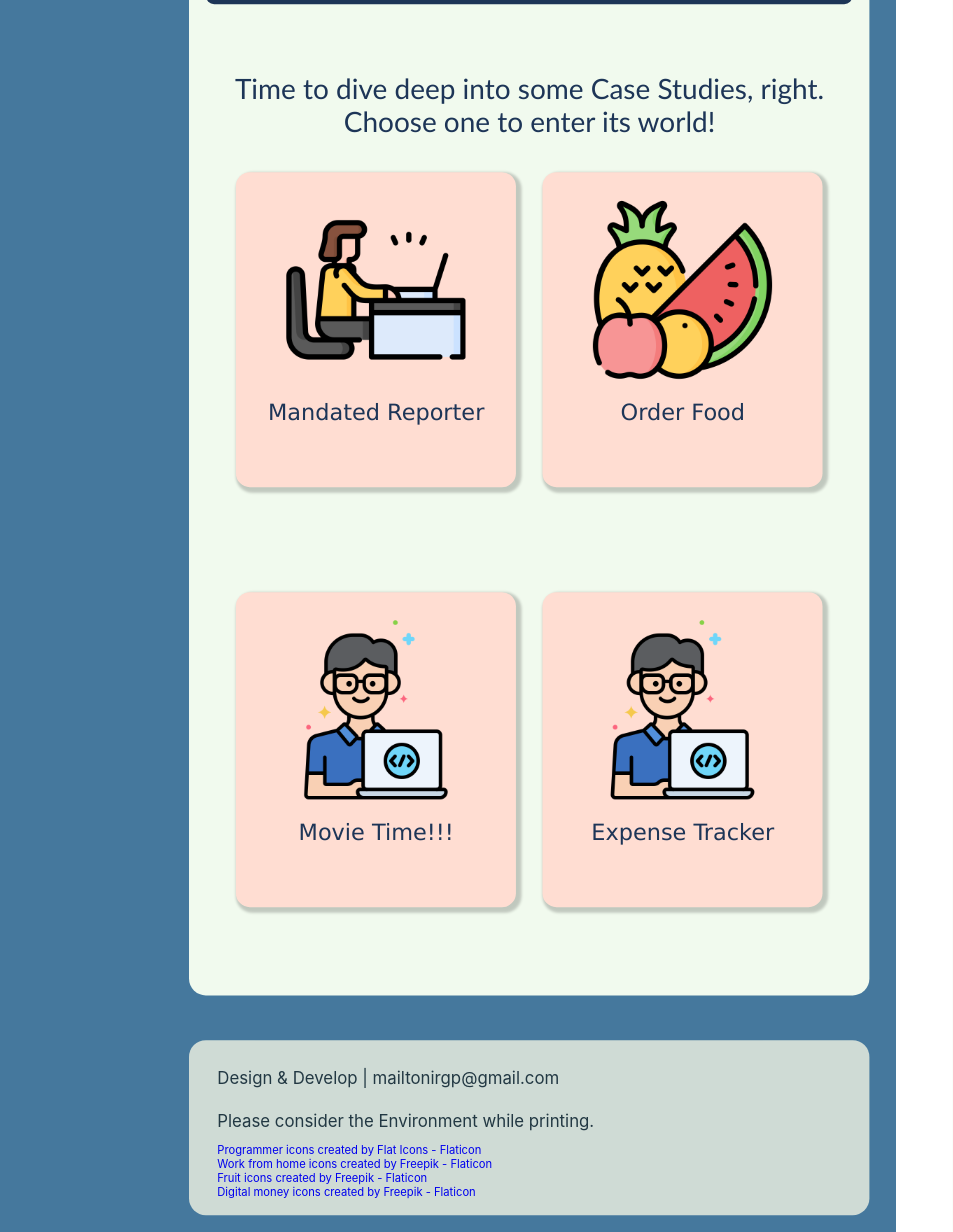
Repository: niranjangp/portfolioReact
Page: /
The author's editor kept a copy of each file at every save. The page is drawn from the files as they stood at one save, then again after the next save.
The browser window is 1280 px wide. The page is 1361 px wide, so the pictures cover 1361 px, including what lies to the right of the window. The pictures show the part of the page from y = 1370 to 3130 px (the page is 3130 px tall), at 70% of full size.
The project was rebuilt for these pictures with package versions that can differ from the ones it lists, and the page was loaded fresh each time. Also part of the build but not shown: src/pages/csOne.jsx, src/pages/csTwo.jsx, src/pages/notFound.jsx.

Above is the page before, as saved 2022-02-01 15:55:07.

### public/index.html
<!DOCTYPE html>
<html lang="en">
  <head>
    <meta charset="utf-8" />
    <!--<link rel="icon" href="%PUBLIC_URL%/favicon.ico" />-->
    <meta name="viewport" content="width=device-width, initial-scale=1" />
    <meta name="theme-color" content="#000000" />
    <meta
      name="description"
      content="Web site created using create-react-app"
    />
    <!--<link rel="apple-touch-icon" href="%PUBLIC_URL%/logo192.png" />-->
    <!--
      manifest.json provides metadata used when your web app is installed on a
      user's mobile device or desktop. See https://developers.google.com/web/fundamentals/web-app-manifest/
    -->
    <link rel="manifest" href="%PUBLIC_URL%/manifest.json" />
    <!--
      Notice the use of %PUBLIC_URL% in the tags above.
      It will be replaced with the URL of the `public` folder during the build.
      Only files inside the `public` folder can be referenced from the HTML.

      Unlike "/favicon.ico" or "favicon.ico", "%PUBLIC_URL%/favicon.ico" will
      work correctly both with client-side routing and a non-root public URL.
      Learn how to configure a non-root public URL by running `npm run build`.
    -->
    <title>Portfolio</title>
  </head>
  <body>
    <noscript>You need to enable JavaScript to run this app.</noscript>
    <div id="root"></div>
    <!--
      This HTML file is a template.
      If you open it directly in the browser, you will see an empty page.

      You can add webfonts, meta tags, or analytics to this file.
      The build step will place the bundled scripts into the <body> tag.

      To begin the development, run `npm start` or `yarn start`.
      To create a production bundle, use `npm run build` or `yarn build`.
    -->
  </body>
</html>

### src/index.css
body {
  margin: 0;
  font-family: -apple-system, BlinkMacSystemFont, 'Segoe UI', 'Roboto', 'Oxygen',
    'Ubuntu', 'Cantarell', 'Fira Sans', 'Droid Sans', 'Helvetica Neue',
    sans-serif;
  -webkit-font-smoothing: antialiased;
  -moz-osx-font-smoothing: grayscale;
  box-sizing: border-box;
}

code {
  font-family: source-code-pro, Menlo, Monaco, Consolas, 'Courier New',
    monospace;
}

p {
  margin: 0;
}

### src/App.js
import './App.css';

import { Route, NavLink, Switch, Redirect } from 'react-router-dom';
import EnterTheDesign from './pages/enterDesign';
import CSOne from './pages/csOne';
import CSTwo from './pages/csTwo';
import CSThree from './pages/csThree';
import NotFound from './pages/notFound';

function App() {
  const flatIconLink = "https://www.flaticon.com/free-icons/programmer";
  const wfhIconLink = "https://www.flaticon.com/free-icons/work-from-home";


  return (
    <div className='App'>
      <div className="containerOne">
        <nav className='navigation'>
          <div className='navDiv'>
            <NavLink activeClassName="nav-link active" className="nav-link" to="/enter-the-design">Take me Home!</NavLink>
          </div>
          <div className='navDiv'>
            <NavLink activeClassName="nav-link active" className="nav-link" to="/cs-one">Case Study 1</NavLink>
          </div>
          <div className='navDiv'>
            <NavLink activeClassName="nav-link active" className="nav-link" to="/cs-two">Case t'w'o Study</NavLink>
          </div>
          <div className='navDiv'>
            <NavLink activeClassName="nav-link active" className="nav-link" to="/cs-three">Case Study the third</NavLink>
          </div>
          <div className='navDiv'>
            <NavLink activeClassName="nav-link active" className="nav-link" to="/cs-three">Case Study IV</NavLink>
          </div>
        </nav>
        <main className='mainOne'>
          <Switch>
            <Route exact path="/" ><Redirect to="/enter-the-design" /></Route>
            <Route path="/enter-the-design" ><EnterTheDesign /></Route>
            <Route exact path="/cs-one" ><CSOne /></Route>
            <Route exact path="/cs-two" ><CSTwo /></Route>
            <Route exact path="/cs-three"><CSThree /></Route>

            <Route path="*"><NotFound /></Route>
          </Switch>
          {/*<div className='firstRow'>
            <div className="width-60">
              <p className='fr-info'>NIRANJAN G P, IS A UI DEVELOPER AT DELOITTE USI</p>
            </div>
            <div className="width-40 img-block">
              <img src={avatarIcon} alt="avatar-icon" className='avtr-img' />
            </div>
          </div>
          <div className='sec-row'>
            <p>Hi, this is Niranjan.</p>
            <p>I Joined Deloitte USI as a campus recruit. Since then I've been part of many innovative and high-intensity projects, coordinating between multiple virtual teams to help complete client deliverables.</p>
            <p>I've been part of the FRONT-END community since 2017 and constantly learning and developing UI and gradually having a go at UX design parallely.</p>
            <p>Currently based in Bengaluru, I have a big love for travel and adventure, also keeping in mind to do my bit to conserve the environment.</p>
            <p>Thanks for stopping by.</p>
          </div>*/}

        </main>
        <footer>
          <div className='footer-info'>
            {/*<p>Niranjan G P</p>*/}
            <p>Design & Develop    |   mailtonirgp@gmail.com</p>
            <p>Please consider the Environment while printing.</p>
          </div>
          <div className='credits'>
            <a href={flatIconLink} title="programmer icons">Programmer icons created by Flat Icons - Flaticon</a>
            <a href={wfhIconLink} title="work from home icons">Work from home icons created by Freepik - Flaticon</a>
            <a href="https://www.flaticon.com/free-icons/fruit" title="fruit icons">Fruit icons created by Freepik - Flaticon</a>
            <a href="https://www.flaticon.com/free-icons/digital-money" title="digital money icons">Digital money icons created by Freepik - Flaticon</a>
          </div>
        </footer>
      </div>

    </div>
  );
}

export default App;

### src/App.css
.containerOne {
  background-color: #45789d;
  padding: 24px;
  position: relative;
}

.mainOne {
  width: 75%;
  margin-left: 20%;
  background-color: #F1FAEE;
  height: 100%;
  border-radius: 1.5rem;
  padding: 24px;
}

.navigation {
  position: absolute;
  top: 24px;
  left: 24px;
  width: 15%;
  height: 660px;
  background-color: #F1FAEE;
  border-radius: 1.5rem;
  padding: 64px 24px 24px;
}

.navDiv {
  padding: 16px 0;
  text-align: center;
}

.nav-link {
  font-size: 24px;
  text-decoration: none;
  color: #1d3557;
}

.nav-link.active {
  color: #2a9d8f;
  font-weight: bold;
  border-bottom: 4px solid #2a9d8f;
}

.fr-info {
  font-size: 3rem;
  font-family: 'Gill Sans', 'Gill Sans MT', Calibri, 'Trebuchet MS', sans-serif;
  padding: 24px 24px 24px 48px;
  color: #1d3557;
}

.firstRow {
  display: flex;
  align-items: center;
  padding: 64px 0;
}

.width-60 {
  width: 60%;
}

.width-40 {
  width: 40%;
}

.fullWidth {
  width: 100%;
}

.img-block {
  text-align: center;
}

.sec-row {
  background-color: #1d3557;
  color: #f1faee;
  border-radius: 0.75rem;
  padding: 64px;
  font-family: 'Lucida Sans', 'Lucida Sans Regular', 'Lucida Grande', 'Lucida Sans Unicode', Geneva, Verdana, sans-serif;
  font-size: 28px;
  text-align: justify;
}

.sec-row p {
  padding: 16px;
}

.centered {
  margin: 3rem auto;
  text-align: center;
  display: flex;
  justify-content: center;
  align-items: center;
}

.linkSel {
  text-decoration: underline;
  font-weight: bold;
}

.third-row {
  display: flex;
  flex-wrap: wrap;
  padding: 96px 24px 0;
}

.card-box {
  width: 50%;
  text-align: center;
  height: 600px;
}

.card {
  width: 400px;
  height: 450px;
  background-color: #ffddd2;
  border-radius: 20px;
  box-shadow: 4px 4px 4px 4px rgba(0, 0, 0, 0.2);
  margin: 3rem auto;
  flex-grow: 1;
  flex-shrink: 1;
  transition: width 500ms ease 0s;
}

.card:hover {
  box-shadow: 4px 4px 4px 8px rgba(0, 0, 0, 0.2);
  width: 420px;
  height: 470px;
  cursor: pointer;
}

.card a {
  text-decoration: none;
}

.card p {
  font-size: 32px;
  padding: 24px;
  color: #1d3557;
  font-family: Verdana, Geneva, Tahoma, sans-serif;
}

.card-icon {
  width: 256px;
  margin-top: 40px;
}

.intro-cs {
  text-align: center;
  font-size: 40px;
  color: #1d3557;
  font-family: 'Trebuchet MS', 'Lucida Sans Unicode', 'Lucida Grande', 'Lucida Sans', Arial, sans-serif;
}

footer {
  width: 75%;
  margin-left: 20%;
  background-color: #cfdbd5;
  height: 100%;
  border-radius: 1.5rem;
  padding: 24px;
  margin-top: 64px;
  color: #223843;
}

.footer-info {
  font-size: 1.5rem;
}

.footer-info p {
  padding: 1rem;
}

.credits {
  padding-left: 16px;
}

.credits a {
  text-decoration: none;
  display: block;
}

.csOne {
  min-height: 660px;
  height: 100%;
  color: #1d3557;
}

.backLink {
  font-size: 28px;
  font-weight: bold;
  padding: 16px 16px 16px 24px;
}

.backLink a {
  text-decoration: none;
  color: #1d3557;

}

.csOneHeader, .csTwoHeader, .cs3Header {
  font-size: 40px;
  padding: 16px 16px 32px 24px;
}

.csOneBody {
  padding: 0 24px;
}

.csOneH {
  font-size: 32px;
  padding-bottom: 8px;
  border-bottom: 2px solid #1d3557;
  margin-bottom: 16px;
  display: inline-block;
}

.csOneC {
  font-size: 28px;
}

.pd-bt {
  padding-bottom: 48px;
}

.pd-bt-small {
  padding-bottom: 24px;
}

.clrp {
  width: 100px;
  height: 40px;
  border-top-right-radius: 20px;
  border-bottom-right-radius: 20px;
  margin-right: 24px;
}

.fir {
  background-color: #0070D2;
}

.sec {
  background-color: #16325C;
}

.thi {
  background-color: #526173;
}

.fou {
  font-family: sans-serif;
  padding-right: 24px;
}

.dp-flx {
  display: flex;
  margin: 16px 40px;
  align-items: center;
}

.flx-bx {
  display: flex;
  align-items: center;
  justify-content: space-evenly;
  margin-bottom: 48px;
}

.flx-bx div {
  font-size: 32px;
}

.mrDesk {
  width: 800px;
}

.last-text {
  font-size: 28px;
  color: #f07167;
  margin: 0 64px 24px;
  text-align: center;
}

.csTwo {
  font-family: 'Franklin Gothic Medium', 'Arial Narrow', Arial, sans-serif;
}

.csTwoHeader {
  color: #e76f51;
}

.csTwoPara {
  color: #0081a7;
  font-size: 28px;
  padding-bottom: 8px;
}

.padd-div {
  padding: 16px 24px 56px;
}

.csTwoRowTwo {
  color: #c81d25;
  font-size: 32px;
  padding-bottom: 16px;
  border-bottom: 2px solid #c81d25;
  margin-bottom: 48px;
}

.textCen {
  text-align: center;
}

.screenName {
  font-size: 24px;
  width: 80%;
  margin: 0 auto;
  margin-bottom: 0px;
  background-color: #284b63;
  color: #fff;
  border-top-left-radius: 12px;
  border-top-right-radius: 12px;
  padding: 8px 0;
}

.scrIcon {
  width: 80%;
  margin: 8px 0 64px;
}

.cs3Header {
  font-family: 'Lucida Sans', 'Lucida Sans Regular', 'Lucida Grande', 'Lucida Sans Unicode', Geneva, Verdana, sans-serif;
}




/*.containerOne {
  background-color: #F1FAEE;
}
.mainOne {
  background-color: #a8dadc;
  width: 75%;
  margin-left: 20%;
  /-*background-color: #45789d;*-/
  height: 660px;
}

.p1 {
  color: #1d3557;
}
.p2 {
  color: #f1faee;
}*/

/*.App-logo {
  height: 40vmin;
  pointer-events: none;
}

@media (prefers-reduced-motion: no-preference) {
  .App-logo {
    animation: App-logo-spin infinite 20s linear;
  }
}

.App-header {
  background-color: #282c34;
  min-height: 100vh;
  display: flex;
  flex-direction: column;
  align-items: center;
  justify-content: center;
  font-size: calc(10px + 2vmin);
  color: white;
}

.App-link {
  color: #61dafb;
}*/

@keyframes App-logo-spin {
  from {
    transform: rotate(0deg);
  }

  to {
    transform: rotate(360deg);
  }
}

### src/pages/enterDesign.jsx
import React from 'react';
import Icons from '../assets/programmer.png';
import WorkingIcon from '../assets/working.png';
import FoodIcon from '../assets/fruit.png';
import { Link } from 'react-router-dom';


const enterDesign = () => {
    const avatarIcon = Icons;


    return (
        <React.Fragment>
            <div className='firstRow'>
                <div className="width-60">
                    <p className='fr-info'>NIRANJAN G P, IS A UI DEVELOPER AT DELOITTE USI</p>
                </div>
                <div className="width-40 img-block">
                    <img src={avatarIcon} alt="avatar-icon" className='avtr-img' />
                </div>
            </div>
            <div className='sec-row'>
                <p>Hi, this is Niranjan.</p>
                <p>I Joined Deloitte USI as a campus recruit. Since then I've been part of many innovative and high-intensity projects, coordinating between multiple virtual teams to help complete client deliverables.</p>
                <p>I've been part of the FRONT-END community since 2017 and constantly learning and developing UI and gradually having a go at UX design parallely.</p>
                <p>Currently based in Bengaluru, I have a big love for travel and adventure, also keeping in mind to do my bit to conserve the environment.</p>
                <p>Thanks for stopping by.</p>
            </div>
            <div className='third-row'>
                <div className='fullWidth intro-cs'>
                    <p>Time to dive deep into some Case Studies, right.</p>
                    <p>Choose one to enter its world!</p>
                </div>
                <div className='card-box'>
                    <div className="card">
                        <Link to="/cs-one">
                            <img src={WorkingIcon} alt="card-icon" className='card-icon' />
                            <p>Mandated Reporter</p>
                            {/*<p>Click to Enter!!!</p>*/}
                        </Link>
                    </div>
                </div>
                <div className='card-box'>
                    <div className="card">
                    <Link to="/cs-two">
                        <img src={FoodIcon} alt="card-icon" className='card-icon' />
                        <p>Order Food</p>
                        </Link>
                    </div>
                </div>
                <div className='card-box'>
                    <div className="card" >
                    <Link to="/cs-three">
                        <img src={avatarIcon} alt="card-icon" className='card-icon' />
                        <p>Movie Time!!!</p>
                        </Link>
                    </div>
                </div>
                <div className='card-box'>
                    <div className="card" >
                    <Link to="/cs-four">
                        <img src={avatarIcon} alt="card-icon" className='card-icon' />
                        <p>Expense Tracker</p>
                        </Link>
                    </div>
                </div>
            </div>
        </React.Fragment>
    )
};

export default enterDesign;

Loaded but not shown: src/index.js (common file); src/reportWebVitals.js (common file); src/pages/csThree.jsx (no stored copy; drawn as an empty file)

After the next save:
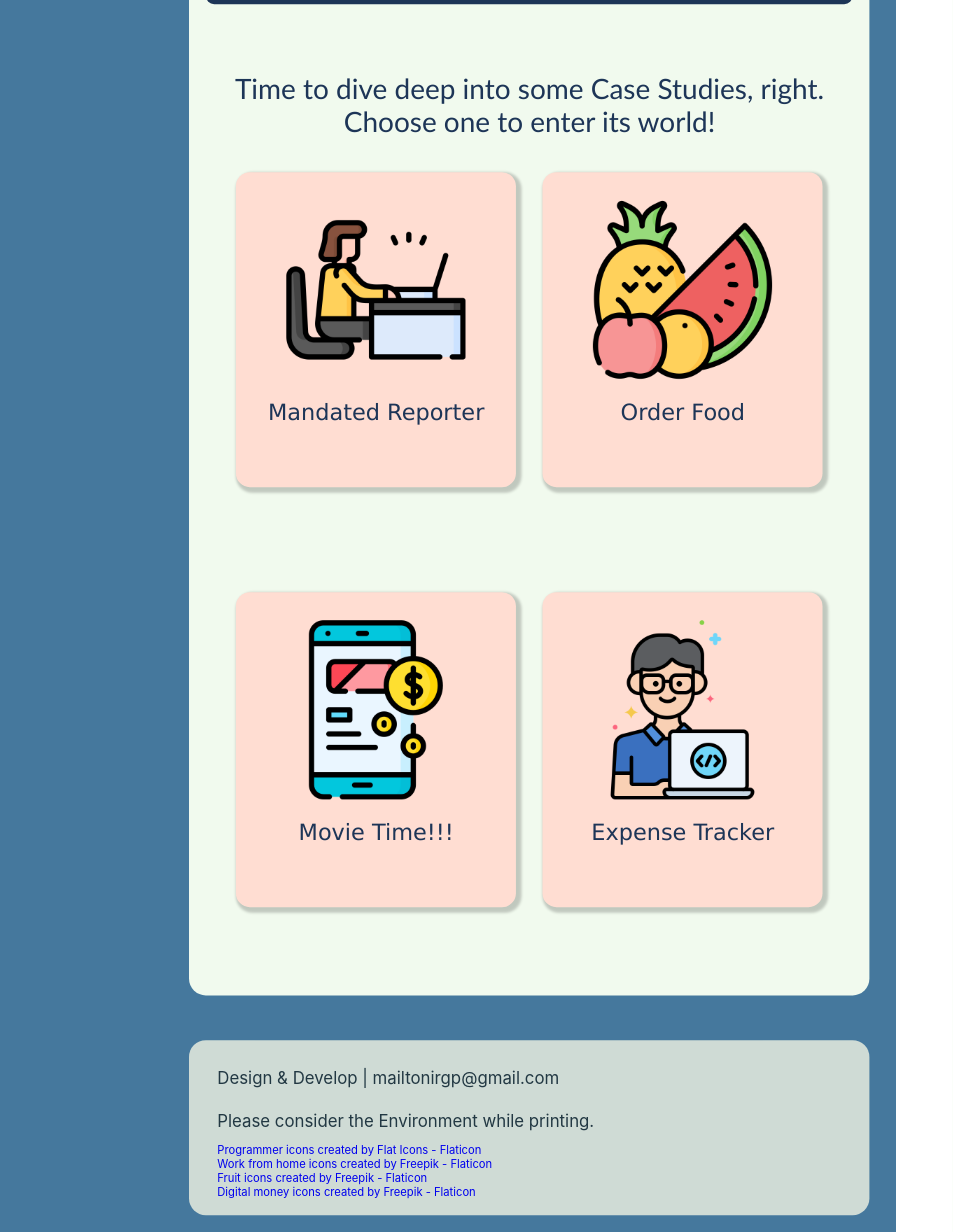
Saved 5 min 11 s later.
--- a/src/pages/enterDesign.jsx
+++ b/src/pages/enterDesign.jsx
@@ -2,6 +2,7 @@ import React from 'react';
 import Icons from '../assets/programmer.png';
 import WorkingIcon from '../assets/working.png';
 import FoodIcon from '../assets/fruit.png';
+import ExpIcon from '../assets/expense.png';
 import { Link } from 'react-router-dom';
 
 
@@ -51,7 +52,7 @@ const enterDesign = () => {
                 <div className='card-box'>
                     <div className="card" >
                     <Link to="/cs-three">
-                        <img src={avatarIcon} alt="card-icon" className='card-icon' />
+                        <img src={ExpIcon} alt="card-icon" className='card-icon' />
                         <p>Movie Time!!!</p>
                         </Link>
                     </div>
